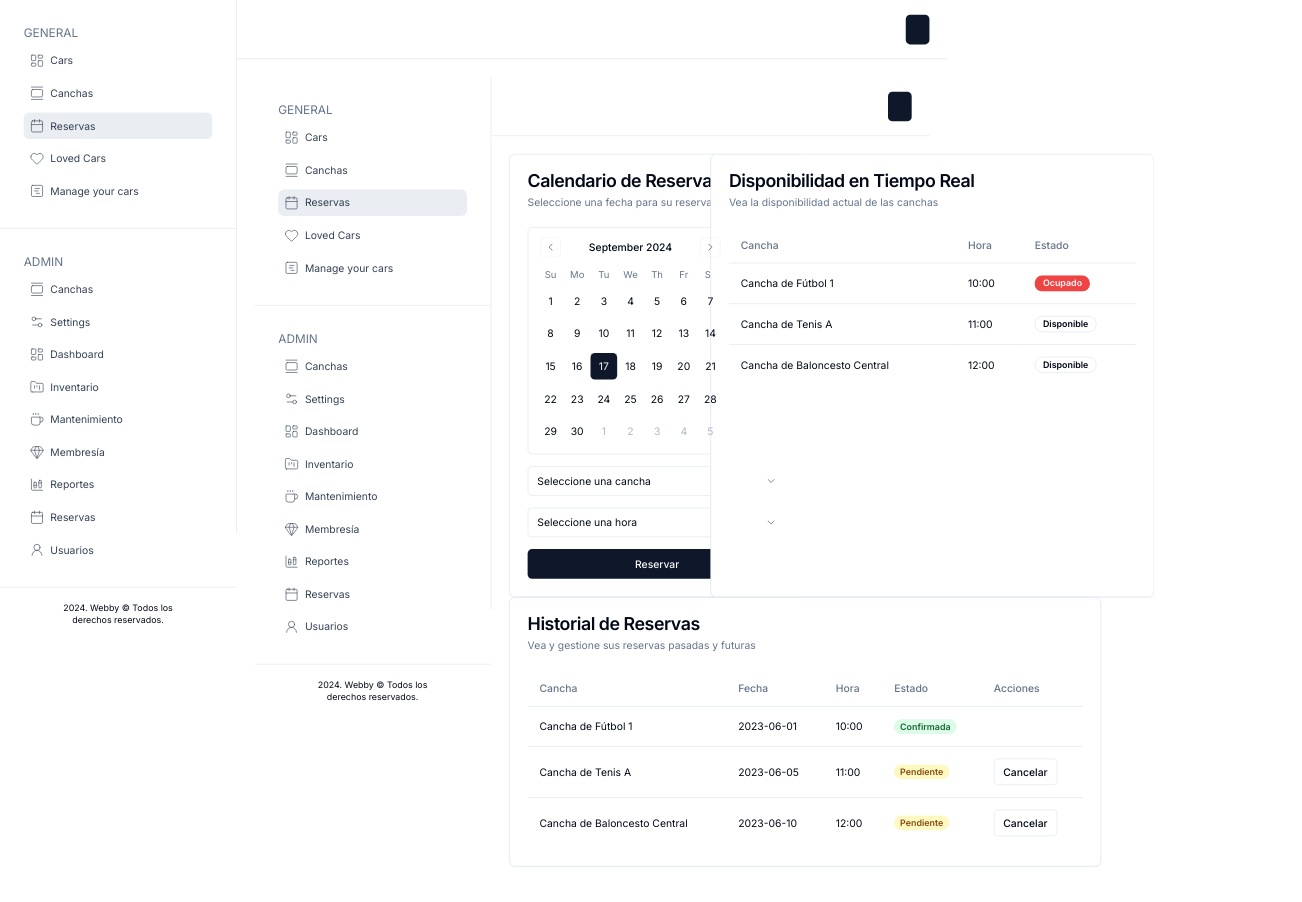
Repository: Jackson-sch/cdeporte
Page: /reservas
An editor plug-in stored every save of this project. The page is shown before and after a run of saves, followed by the edit.
The browser window is 1280 px wide. The page is 1560 px wide, then 1760 px, so the pictures cover 1760 px, including what lies to the right of the window. The pictures show the whole page, at 74% of full size.
The project was rebuilt for these pictures with package versions that can differ from the ones it lists, and the page was loaded fresh each time. The framework's server and built-in components were replaced by stand-ins that run in the browser. Also part of the build but not shown: next.config.mjs, src/components/ui/label.jsx, src/components/ui/input.jsx, src/components/Reservas/HistorialReserva.jsx.

Above is the page before, as saved 2024-09-17 20:04:08.

After the next 3 saves:
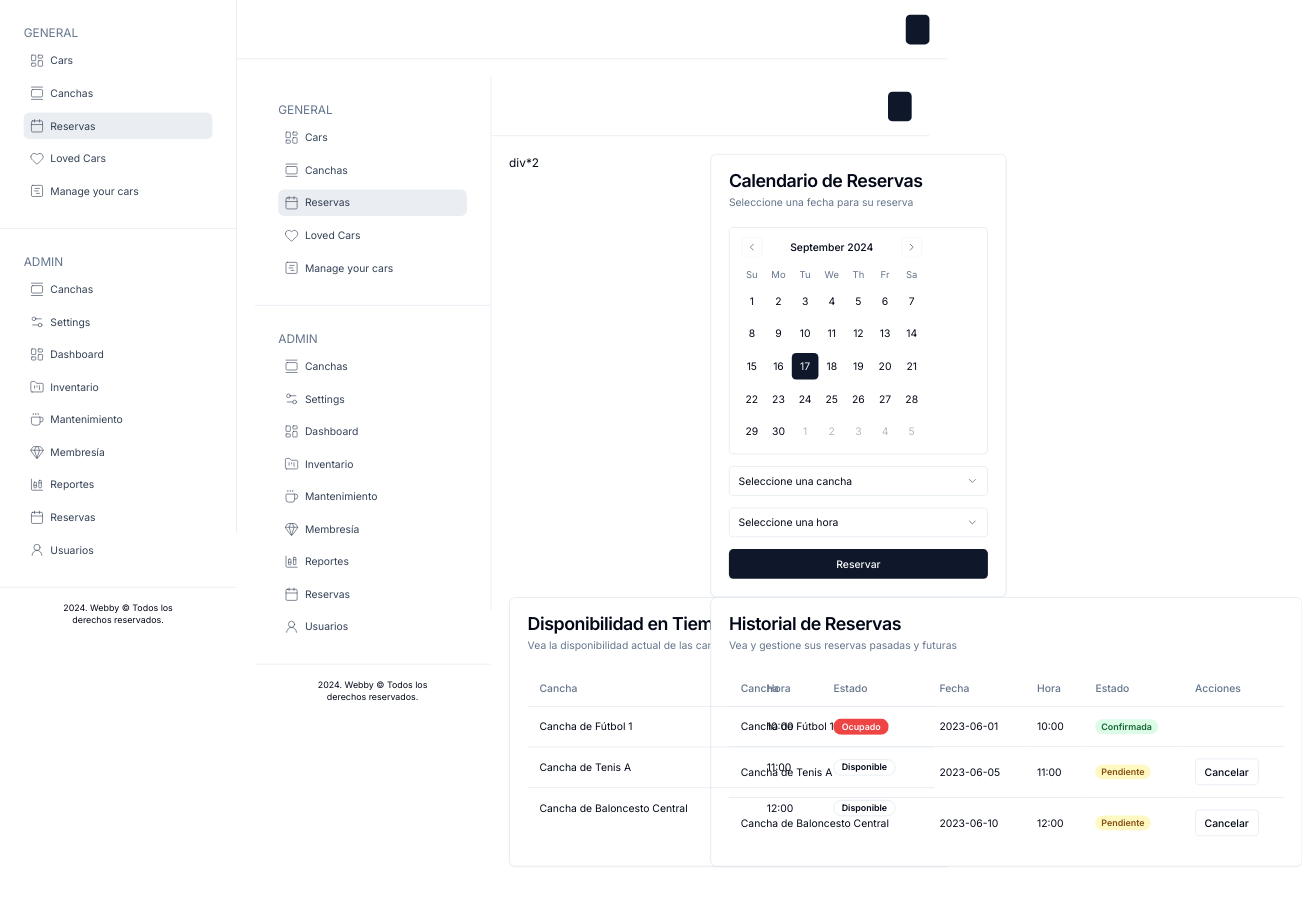
The 3 saves are shown as one change because they came seconds apart.
The last was saved 26 s later.
--- a/src/app/(routes)/(cliente)/reservas/page.jsx
+++ b/src/app/(routes)/(cliente)/reservas/page.jsx
@@ -28,6 +28,7 @@ export default function ReservationCalendar() {
 
   return (
     <div className='grid grid-cols-1 md:grid-cols-2'>
+      div*2
     <Card className="w-[400px]">
       <CardHeader>
         <CardTitle>Calendario de Reservas</CardTitle>
